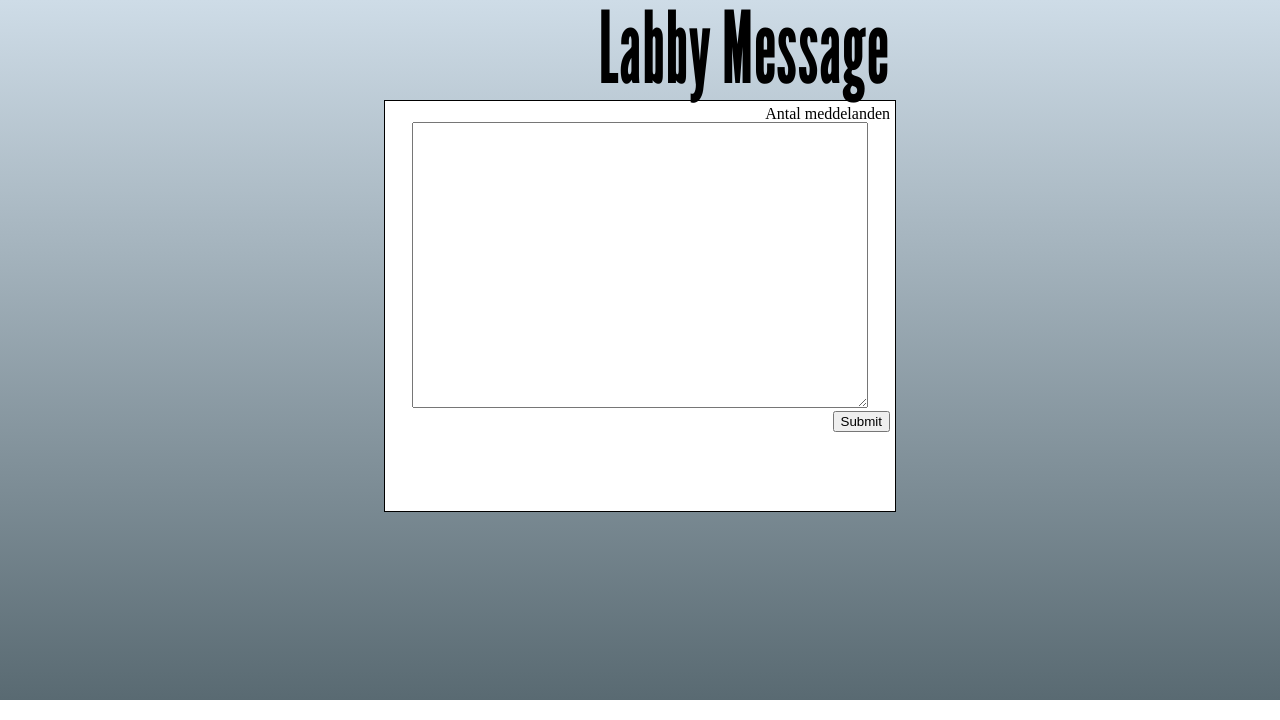
Repository: mp222sf/1dv403-laborationer
Page: 2-labbymezzage/index.html
The author's editor kept a record of every edit. The page is drawn from the files as they stood at one moment, then again after the next edit.
The browser window is 1280 px wide. The pictures show the whole page.

Above is the page before.

### 2-labbymezzage/index.html
<!DOCTYPE html>
<html lang="sv">
<head>
	<meta charset="UTF-8" />
 	<title>Laboration 2</title>
 	<link rel="stylesheet" type="text/css" href="style.css">
</head>
    <body>
        <script src="message.js"></script>
        <script src="engine.js"></script>
        <script>
        	  var mess = new Message("Testmeddelande", new Date());
              engine.messages.push(mess);
              var mess2 = new Message("objekt222", new Date());
              engine.messages.push(mess2);
              var mess3 = new Message("objektet333", new Date());
              engine.messages.push(mess3);
        </script>

        <div id="container">
            <div id="header">
                <div id="headerCenter" class="center">
                    <h1>Labby Message</h1>
                </div>
            </div>
            <div id="content">
                <div id="messageBox">
                    <p class="textright">Antal meddelanden</p>
                    <textarea></textarea>
                    <input type="submit">
                </div>
            </div>

        </div>

    </body>
</html>

### 2-labbymezzage/style.css
/* http://meyerweb.com/eric/tools/css/reset/
   v2.0 | 20110126
   License: none (public domain)
*/

html, body, div, span, applet, object, iframe, h1, h2, h3, h4, h5, h6, p, blockquote, pre,
a, abbr, acronym, address, big, cite, code,
del, dfn, em, img, ins, kbd, q, s, samp,
small, strike, strong, sub, sup, tt, var,
b, u, i, center,
dl, dt, dd, ol, ul, li,
fieldset, form, label, legend,
table, caption, tbody, tfoot, thead, tr, th, td,
article, aside, canvas, details, embed,
figure, figcaption, footer, header, hgroup,
menu, nav, output, ruby, section, summary,
time, mark, audio, video {
	margin: 0;
	padding: 0;
	border: 0;
	font-size: 100%;
	font: inherit;
	vertical-align: baseline;
}
/* HTML5 display-role reset for older browsers */
article, aside, details, figcaption, figure,
footer, header, hgroup, menu, nav, section {
	display: block;
}
body {
	line-height: 1;
}
ol, ul {
	list-style: none;
}
blockquote, q {
	quotes: none;
}
blockquote:before, blockquote:after,
q:before, q:after {
	content: '';
	content: none;
}
table {
	border-collapse: collapse;
	border-spacing: 0;
}

#container {
    width: 100%;
    height: 700px;

    /* Bakgrund tagen från http://www.colorzilla.com/gradient-editor/. */
    background: #cedce7; /* Old browsers */
    background: -moz-linear-gradient(top,  #cedce7 0%, #596a72 100%); /* FF3.6+ */
    background: -webkit-gradient(linear, left top, left bottom, color-stop(0%,#cedce7), color-stop(100%,#596a72)); /* Chrome,Safari4+ */
    background: -webkit-linear-gradient(top,  #cedce7 0%,#596a72 100%); /* Chrome10+,Safari5.1+ */
    background: -o-linear-gradient(top,  #cedce7 0%,#596a72 100%); /* Opera 11.10+ */
    background: -ms-linear-gradient(top,  #cedce7 0%,#596a72 100%); /* IE10+ */
    background: linear-gradient(to bottom,  #cedce7 0%,#596a72 100%); /* W3C */
    filter: progid:DXImageTransform.Microsoft.gradient( startColorstr='#cedce7', endColorstr='#596a72',GradientType=0 ); /* IE6-9 */

}

#header {
    display: block;
    width: 100%;
}

#headerCenter {
    width: 500px;
}

#headerCenter h1 {
    font-size: 100px;
    font-family: leaguegothic;
    text-align:right;
    position: relative;
    -webkit-animation: mymove 3s 1; /* Chrome, Safari, Opera */
    -webkit-animation-delay: 0s; /* Chrome, Safari, Opera */
    animation: mymove 3s;
    animation-delay: 0s;

}

/* Chrome, Safari, Opera */
@-webkit-keyframes mymove {
    from {left: -200px;}
    to {left: 0px;}
}

@keyframes mymove {
    from {left: -200px;}
    to {left: 0px;}
}

#content {
    display: block;
    width:100%;
}

#messageBox {
    width:500px;
    height: 400px;
    margin-left: auto;
    margin-right: auto;
    background-color:#FFFFFF;
    border-style: solid;
    border-width: 1px;
    text-align: center;
    padding: 5px;
}

#messageBox textarea {
    width: 90%;
    height: 70%;
}

#messageBox input {
    float:right;
    clear:both;
}
.center {
    margin-left: auto;
    margin-right: auto;
    text-align:center;
}
.textright {
    text-align:right;
}

@font-face {
    font-family: leaguegothic;
    src: url(leaguegothic.ttf);
}

### 2-labbymezzage/message.js
function Message(message, date) {

    this.getText = function() {
        return message;
    };

    this.setText = function(_text) {
        message = _text;
    };

    this.getDate = function () {
        return date;
    };

    this.setDate = function (_date) {
        date = _date;
    };
}

Message.prototype.toString = function () {
    return this.getText()+" ("+this.getDate()+")";
};

Message.prototype.getHTMLText = function() {
    var newHTMLText = this.getText.replace(/\\r\\n/g, "<br />");
    return newHTMLText;
};

/* Message.prototype.getDateText = function() {

};
*/

### 2-labbymezzage/engine.js
var engine = {

    messages: [],



    init:function(){
        //alert("hej");

    }



};

window.onload = engine.init;

After the next edit:
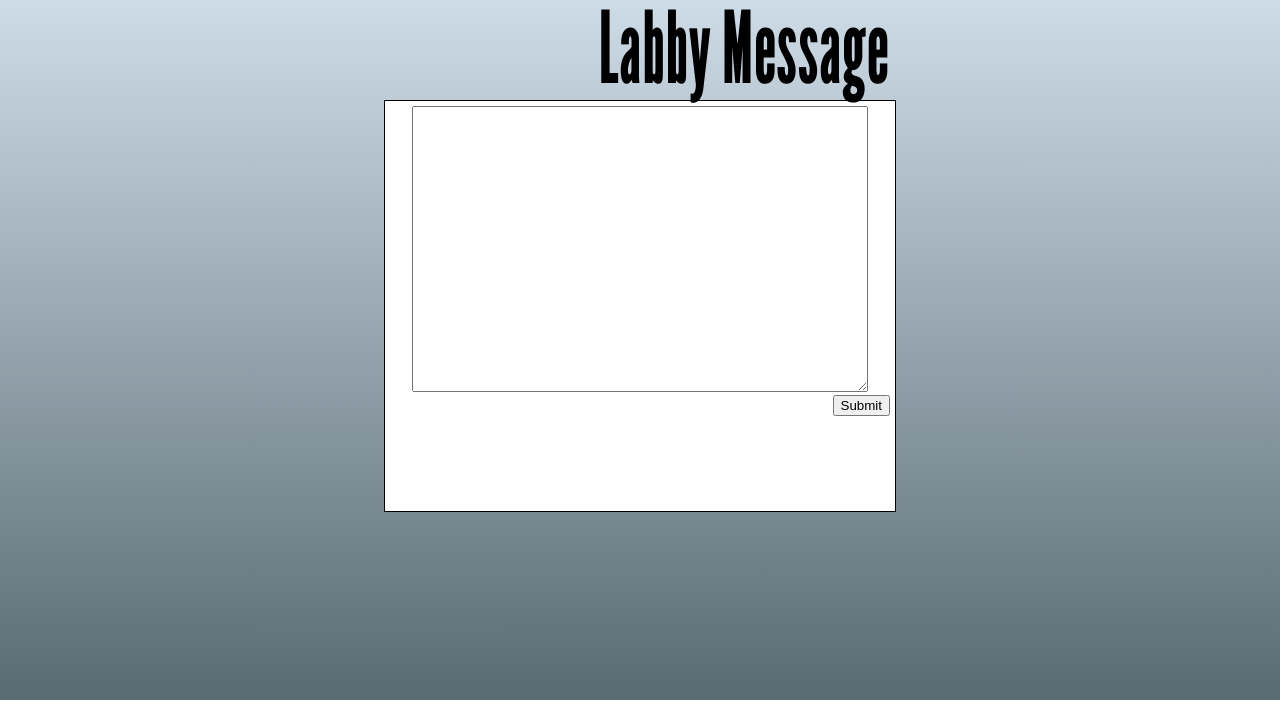
The edit:
--- a/2-labbymezzage/index.html
+++ b/2-labbymezzage/index.html
@@ -24,8 +24,9 @@
                 </div>
             </div>
             <div id="content">
+
                 <div id="messageBox">
-                    <p class="textright">Antal meddelanden</p>
+                    <div id="writtenMessages"></div>
                     <textarea></textarea>
                     <input type="submit">
                 </div>
